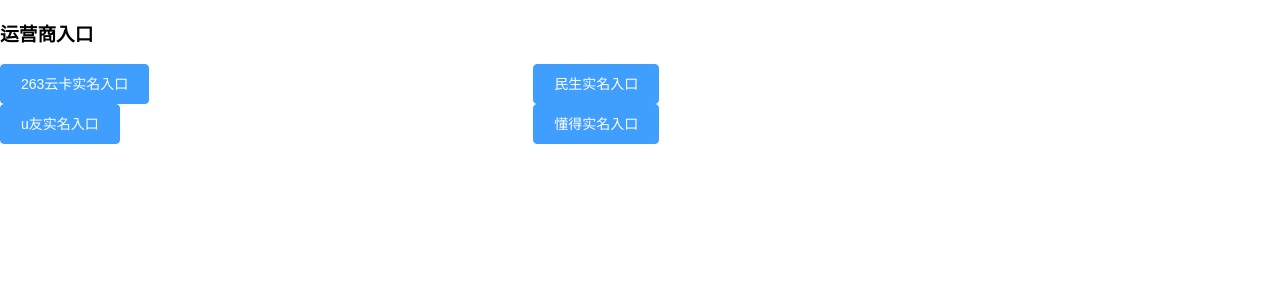
Repository: cmlsir1024/index-test
Page: index.html
These files come from the project's save history. The page is drawn as it stood at one moment and after the next save; the edit follows.
The browser window is 1280 px wide. The pictures show the whole page.

Above is the page before, as saved 2023-10-11 11:59:15.

After the next save:
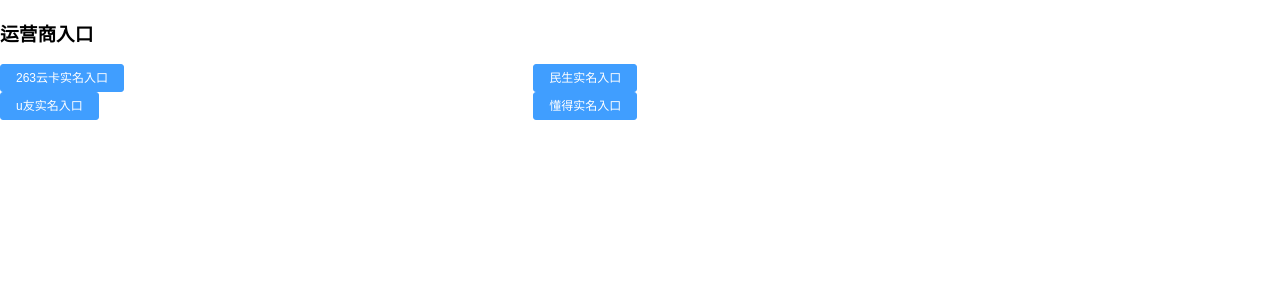
Saved 43 s later.
--- a/index.html
+++ b/index.html
@@ -100,7 +100,7 @@
       <div class="box">
         <el-row>
           <el-col :span="10" v-for="item in dataList">
-            <el-button width="100px" @click="handleInfo('1')" type="primary">
+            <el-button size="mini" @click="handleInfo('1')" type="primary">
               {{item.name}}
             </el-button>
           </el-col>
